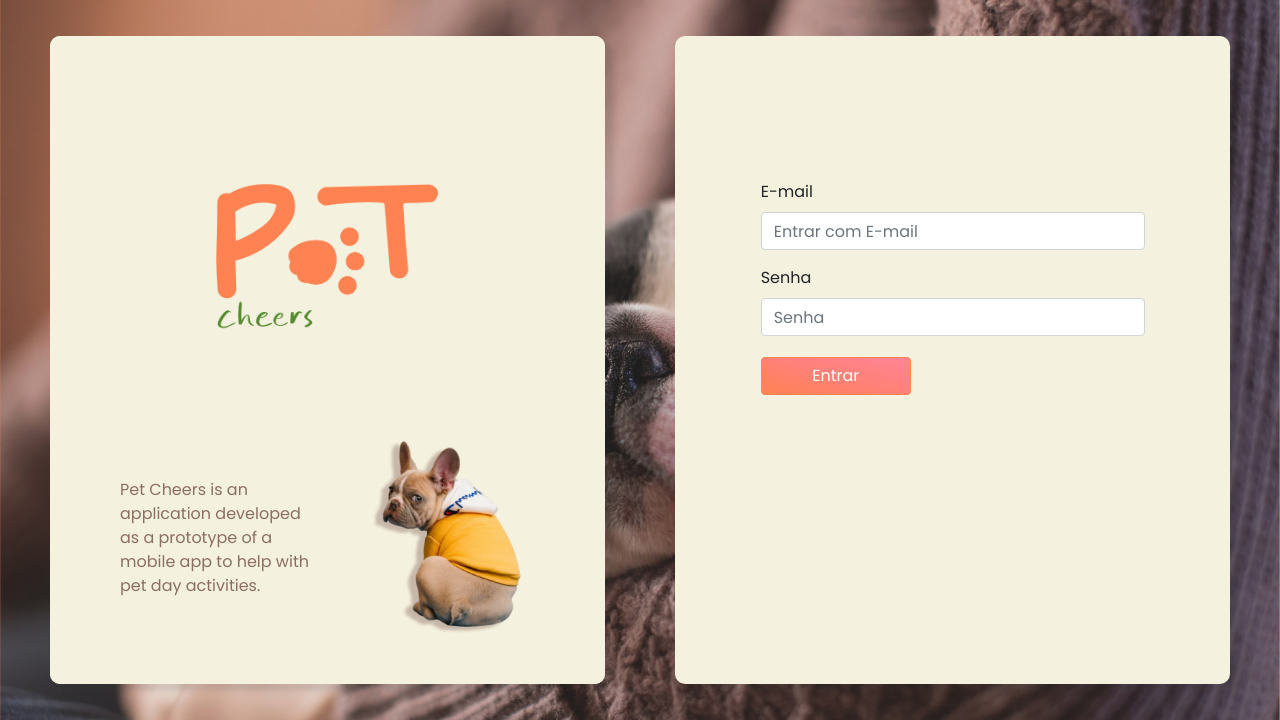
Repository: MilenaMelo/WebSite-PetCheers
Page: /
An editor plug-in stored every save of this project. The page is shown before and after the next save, followed by the edit.
The browser window is 1280 px wide. The pictures show the whole page.
The project was rebuilt for these pictures with package versions that can differ from the ones it lists, and the page was loaded fresh each time. Also part of the build but not shown: src/components/layout/LayoutLogout.vue, src/components/layout/LayoutDatas.vue, src/components/layout/LayoutNewData.vue. Imported but missing from the stored project, and not drawn on this page: src/pages/data/Data.vue.

Above is the page before, as saved 2020-09-08 15:37:30.
Console error: TypeError: Cannot read properties of null (reading 'style')

### src/main.js
import Vue from 'vue'
import App from './App.vue'
import router from './router'
import FirebaseVue from './firebase'
import './assets/scss/app.scss'

Vue.use(FirebaseVue)
Vue.config.productionTip = false

new Vue({
  router,
  render: h => h(App)
}).$mount('#app')

### src/App.vue
<template>
  <div id="app">
    <base-spinner/>
    <div class="container-fluid" v-if="isLogged">
      <div class="row">
        <div class="col-2 navigation-sidebar">
            <layout-new-data></layout-new-data>
        </div>
        <div class="col">
             <router-view/>
        </div>
      </div>
    </div>
    <router-view v-else/>
  </div>
</template>

<script>
import BaseSpinner from './components/global/BaseSpinner'
import LayoutNewData from './components/layout/LayoutNewData'

export default {
  name: 'App',
  components: {
    BaseSpinner,
    LayoutNewData
  },
  data: () => ({ isLogged: false }),
  mounted () {
    this.$firebase.auth().onAuthStateChanged(user => {
      window.uid = user ? user.uid : null
      this.isLogged = !!user
      // eslint-disable-next-line no-undef
      console.log(uid)
      this.$router.push({ name: window.uid ? 'home' : 'login' }).catch(() => {})
      setTimeout(() => {
        this.$root.$emit('Spinner::hide')
      }, 1000)
    })
  }
}
</script>

<style lang="scss">
.navigation-sidebar {
  background-color: var(--orange);
}
</style>

### src/router/index.js
import Vue from 'vue'
import VueRouter from 'vue-router'

Vue.use(VueRouter)

const routes = [
  {
    path: '/',
    name: 'home',
    meta: {
      icon: 'home',
      title: 'Home'
    },
    component: () => import(/* webpackChunkName: "home" */ '../pages/home/Home')
  },
  {
    path: '/data',
    name: 'data',
    meta: {
      icon: 'data',
      title: 'Data'
    },
    component: () => import(/* webpackChunkName: "data" */ '../pages/data/Data.vue')
  },
  {
    path: '/login',
    name: 'login',
    meta: {
      icon: 'login',
      title: 'Login'
    },
    // route level code-splitting
    // this generates a separate chunk (login.[hash].js) for this route
    // which is lazy-loaded when the route is visited.
    component: () => import(/* webpackChunkName: "login" */ '../pages/login/Login')
  }
]

const router = new VueRouter({
  mode: 'history',
  base: process.env.BASE_URL,
  routes
})

router.beforeEach((to, from, next) => {
  document.title = `${to.meta.title} - Petcheers`

  if (!window.uid && to.name !== 'login') {
    next({ name: 'login' })
  } else {
    next()
  }
})

export default router

### src/firebase/index.js
// eslint-disable-next-line no-unused-vars
import firebase from 'firebase/app'
import 'firebase/auth'
import 'firebase/storage'
import 'firebase/database'

export const firebaseApp = firebase.initializeApp({
  apiKey: process.env.VUE_APP_API_KEY,
  authDomain: process.env.VUE_APP_AUTH_DOMAIN,
  databaseURL: process.env.VUE_APP_DATABASE_URL,
  projectId: process.env.VUE_APP_PROJECT_ID,
  storageBucket: process.env.VUE_APP_STORAGE_BUCKET,
  messagingSenderId: process.env.VUE_APP_MESSAGING_SENDER_ID,
  appId: process.env.VUE_APP_APP_ID,
  measurementId: process.env.VUE_APP_MEASUREMENT_ID
})

export default function install (Vue) {
  Object.defineProperty(Vue.prototype, '$firebase', {
    get () {
      return firebaseApp
    }
  })
}

### src/assets/scss/app.scss
@import url('https://fonts.googleapis.com/css?family=Poppins');
@import '../../../node_modules/bootstrap/dist/css/bootstrap.css';
@import '../../../node_modules/@fortawesome/fontawesome-free/css/all.css';
@import '_variables';

* {
  font-family: 'Poppins', 'Avenir', sans-serif;
}

.btn-primary {
  width: 150px;
  margin-top: 5px;
  background-image: linear-gradient(to right top, #ff8352, #ff8165, #ff8177, #ff8287, #ff8597);
  border-color: $orange;
  background-color: $orange;
  &:hover {
    background-color: $orange;
  }
}
.btn-outline-secondary {
  width: 200px;
  color: var(--orange) !important;
  border-color: var(--orange) !important;
  &:hover, &:visited, &.active {
    background-color:  var(--orange) !important;
    color: var(--featured) !important;
  }
}
a {
  color: var(--featured) !important;
  &:hover {
    color: var(--brown) !important;
    translate: .4s;
  }
  &.active {
    color: var(--brown) !important;
  }
}

### src/components/global/BaseSpinner.vue
<template>
  <div class="base-spinner" v-on="startSpinner()" v-if="visible" >
    <img src="../../assets/images/basespinner.png" alt="basespinner" />
    <ol class="items">
      <li class="circle-one" id="one"></li>
      <li class="circle-two" id="two"></li>
      <li class="circle-three" id="three"></li>
    </ol>
  </div>
</template>

<script>
// Component use
export default {
  // Variables
  data () {
    return {
      visible: true
    }
  },
  created () {
    // Event of the action (Spinner::show or Spinner::hide)
    // Listener of aplication
    this.$root.$on('Spinner::show', () => { this.visible = true })
    this.$root.$on('Spinner::hide', () => { this.visible = false })
  },
  methods: {
    startSpinner () {
      // eslint-disable-next-line no-unused-vars
      var id = ['one', 'two', 'three']
      // Defining the action of the base spinner

      // eslint-disable-next-line eqeqeq
      for (var x = 0; x < 10; x++) {
        setInterval(
          function () {
            document.getElementById('three').style.backgroundColor = '#FF8352'
          }, 250)
        setInterval(
          function () {
            document.getElementById('two').style.backgroundColor = '#FF8352'
          }, 500)
        setInterval(
          function () {
            document.getElementById('one').style.backgroundColor = '#FF8352'
          }, 1000)
        setInterval(
          function () {
            document.getElementById('three').style.backgroundColor = '#fff'
            document.getElementById('two').style.backgroundColor = '#fff'
            document.getElementById('one').style.backgroundColor = '#fff'
          }, 4000)
      }
    }
  }
}

</script>

<style lang="scss" scoped>
@import '../../assets/scss/variables';

.base-spinner {
  height: 100vh;
  width: 100vw;
  display: flex;
  justify-content: center;
  align-items: center;
  .items{
    list-style-type: none;
    padding-left: 3px;
    margin-bottom: 20x;
  }
  .circle-one, .circle-two, .circle-three {
    width: 35px;
    height: 35px;
    border-radius: 100%;
    margin-bottom: 4px;
  }
  .circle-two {
    margin-left: 10px;
  }
}
</style>

### src/pages/login/Login.vue
<template>
  <div class="login">
    <div class="login-left">
          <div class="section-one">
            <div class="section-text">
              <p class="display-5" >Pet Cheers is an
                  application developed as a prototype of a
                  mobile app to help with pet day activities.</p>
            </div>
            <div class="one-img">
              <img class="img" src="../../assets/images/img01.png" alt="">
          </div>
  </div>
    </div>
    <div class="login-right">
      <!-- The @submit.prevent="doLogin()" makes to active the function listened to get the informations in firebase -->
      <form @submit.prevent="doLogin()" class="form-login">
        <div class="form-group">
          <label for="exampleInputEmail1">E-mail</label>
          <!-- The v-model directive will call the type 'email' and 'password'-->
          <input
            required
            type="email"
            v-model="email"
            class="form-control"
            id="exampleInputEmail1"
            aria-describedby="emailHelp"
            placeholder="Entrar com E-mail"
          />
          <small
            id="emailHelp"
            class="form-text text-muted"/>
        </div>
        <div class="form-group">
          <label for="exampleInputPassword1">Senha</label>
          <input
            required
            type="password"
            v-model="password"
            class="form-control"
            id="exampleInputPassword1"
            placeholder="Senha"
          />
        </div>
        <!-- <div class="form-check">
          <input type="checkbox" class="form-check-input" id="exampleCheck1" />
          <label class="form-check-label" for="exampleCheck1">Lembre de mim</label>
        </div> -->
        <button type="submit" class="btn btn-primary" :disabled = 'loading'>
          <template v-if="loading">
            <i class="fa fa-spinner fa-spin"></i>
          </template>
          <template v-else>
            Entrar
          </template>
        </button>
      </form>
    </div>
  </div>
</template>

<script>
// Here the method is called for an action, passing the data like variables
// And to pass the informations (variables) is necessary a directive: v-model as attribute
// of the input (HTML)
export default {
  name: 'Login',
  data: () => {
    return {
      loading: false,
      email: '',
      password: ''
    }
  },
  methods: {
    // Async method because has await the action of the auth()
    async doLogin () {
      this.loading = true
      // Use the firebase variable to authenticate by calling the auth(), authenticate method
      // signInWithEmailAndPassword() is a method
      // So, configure the authentication page in Firebase database and your
      const { email, password } = this

      try {
        const res = await this.$firebase.auth().signInWithEmailAndPassword(email, password)
        // variable window.uid to know if is logged
        window.uid = res.user.uid
        // redirect to Home page route
        this.$router.push({ name: 'home' })
      } catch (err) {
        console.log(err)
      }
      this.loading = false
    },
    beforeRouteEnter (to, from, next) {
      next(vm => {
        if (window.uid) {
          vm.$router.push({ name: 'home' })
        }
      })
    }
  }
}
</script>

<style lang="scss" scoped>
.login {
  background-image: url('../../assets/images/ativo9.png');
  background-repeat: no-repeat;
  background-size: cover;
  background-position: center;
  display: flex;
  justify-content: space-between;
  align-items: center;
  height: 100vh;
  background-color: var(--orange);
  padding-right: 50px;
  padding-left: 50px;
}
.login-right, .login-left {
  display: flex;
  justify-content: center;
  align-items: center;
  background-color: var(--featured);
  width: 47%;
  height: 90%;
  border-radius: 10px;
  -webkit-box-shadow: 9px 7px 5px rgba(50, 50, 50, 0.15);
  -moz-box-shadow:    9px 7px 5px rgba(50, 50, 50, 0.50);
  box-shadow:         9px 7px 5px rgba(50, 50, 50, 0.12);
}
.form-login {
  width: 30vw;
  height: 50vh;
}
.section-one {
    background-image: url('../../assets/images/ativo4.png');
    background-repeat: no-repeat;
    background-position: center 30%;
    background-size: 40%;
    display: flex;
    justify-content: space-between;
    align-items: flex-end;
    background-color: var(--featured);
    height: 100%;
    width: 100%;
    padding: 0px 70px 40px 70px;
    border-radius: 10px;
    .section-text {
      width: 130%;
      color: var(--brown);
      padding-bottom: 30px;
    }
    .img {
      padding-bottom: 10px;
      width: 100%;
    }
}
@media (max-width: 1064px) {
  .login {
    display: flex;
    justify-content: center;
    align-items: center;
  }
  .login-left {
    display: none;
  }
  .login-right {
    width: 63%;
  }
}
</style>

### src/assets/scss/_variables.scss
$orange: #FF8352 !important;
$pink: #FF8597 !important;
$salmon: #C17D75 !important;
$brown: #8D6E63 !important;
$green: #558B2F !important;
$grey: #EDE9D0 !important;
$featured: #f4f1de !important;

:root {
    --orange: #{$orange};
    --pink: #{$pink};
    --salmon: #{$salmon};
    --brown: #{$brown};
    --green: #{$green};
    --grey: #{$grey};
    --featured: #{$featured};
  }

Loaded but not shown: public/index.html (common file)

After the next save:
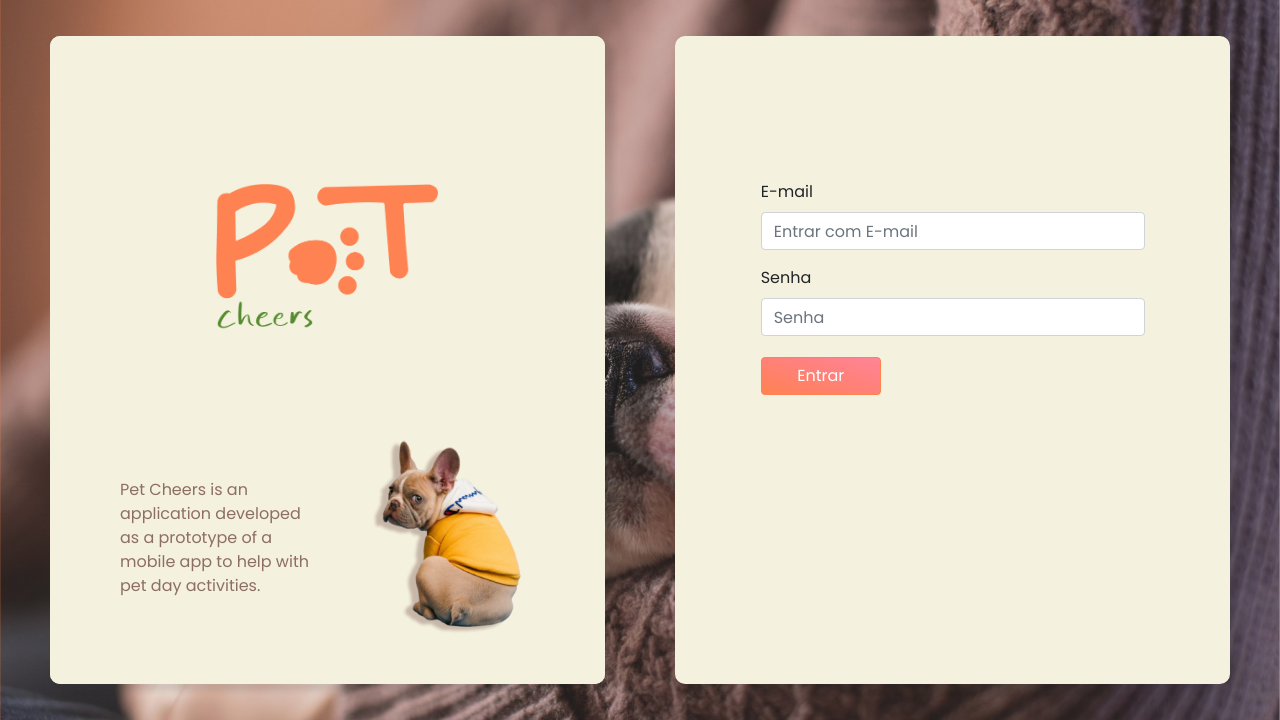
Saved 27 s later.
--- a/src/assets/scss/app.scss
+++ b/src/assets/scss/app.scss
@@ -8,7 +8,7 @@
 }
 
 .btn-primary {
-  width: 150px;
+  width: 120px;
   margin-top: 5px;
   background-image: linear-gradient(to right top, #ff8352, #ff8165, #ff8177, #ff8287, #ff8597);
   border-color: $orange;
